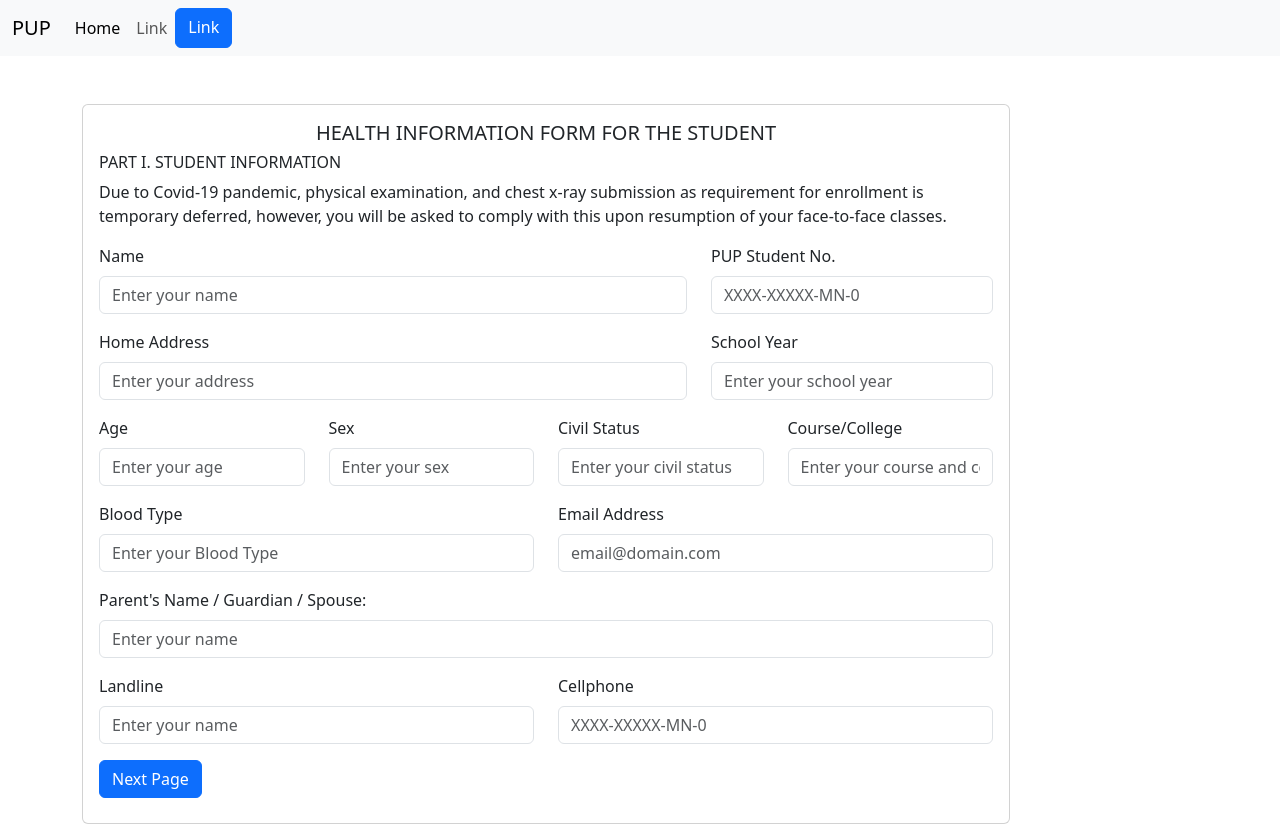
Repository: Nicktacku/webdev
Page: form.html
The author's editor kept a copy of each file at every save. The page is drawn from the files as they stood at one save, then again after the next save.
The browser window is 1280 px wide. The pictures show the whole page.

Above is the page before, as saved 2024-07-16 12:48:25.

After the next save:
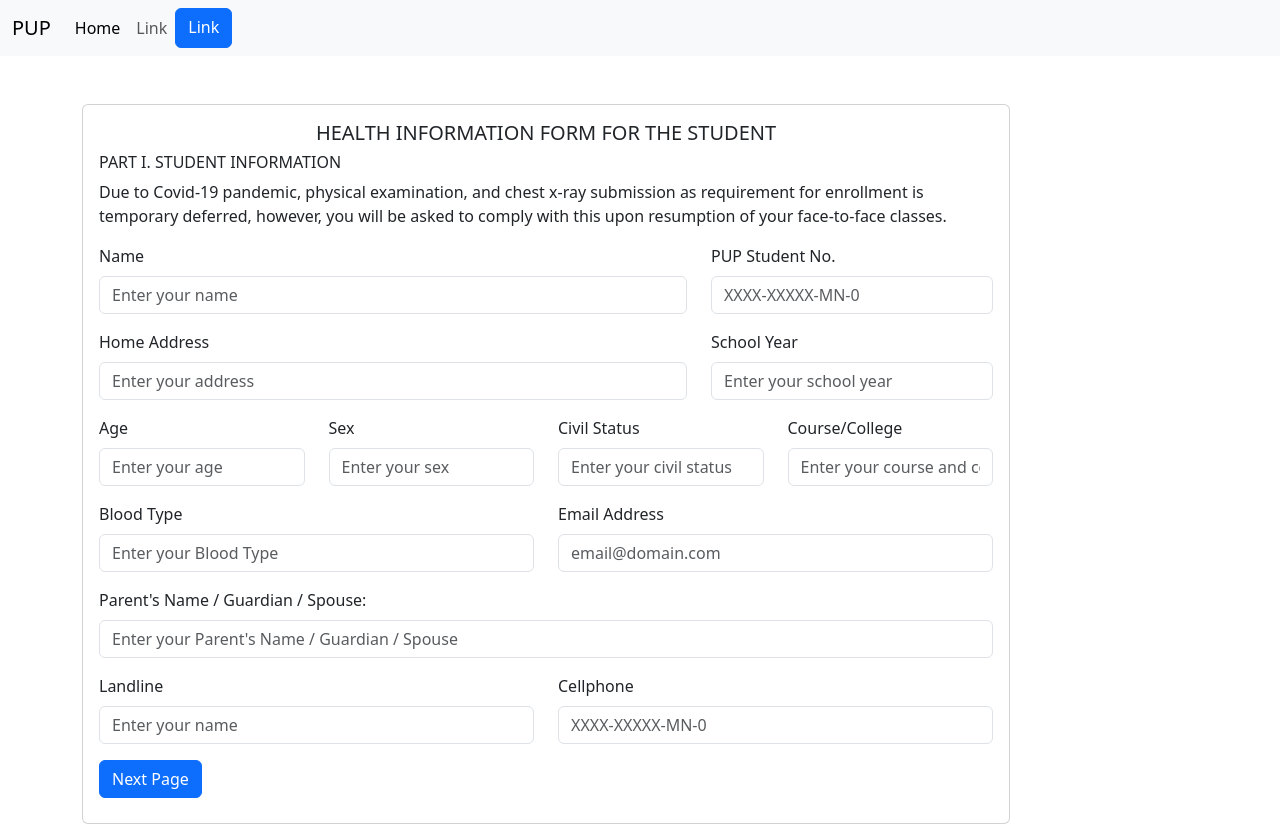
Saved 4 min 50 s later.
--- a/form.html
+++ b/form.html
@@ -131,7 +131,7 @@
                 <div class="col">
                     <div class="mb-3">
                         <label for="name" class="form-label">Parent's Name / Guardian / Spouse:</label>
-                        <input type="text" class="form-control" id="name-input" placeholder="Enter your name">
+                        <input type="text" class="form-control" id="parent_name" placeholder="Enter your Parent's Name / Guardian / Spouse">
                       </div>
                 </div>
             </div>
